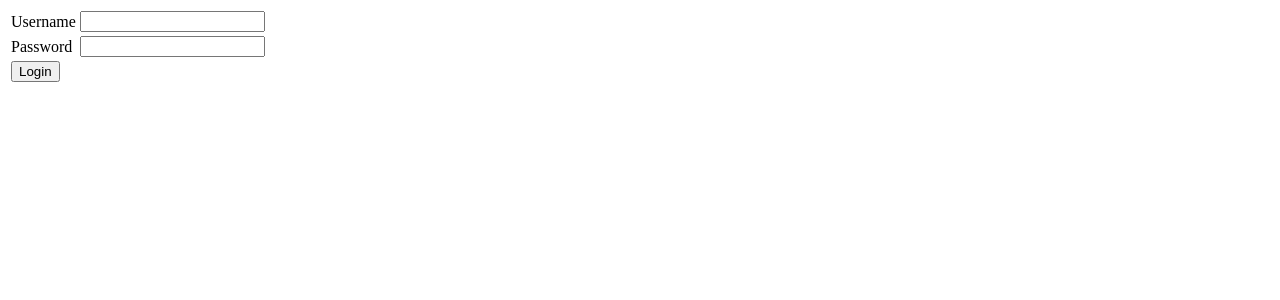
Repository: LingWenXing/java-fundamentals
Page: BankApplicationSystem/src/main/webapp/loginPage.html
An editor plug-in stored every save of this project. The page is shown before and after the next save, followed by the edit.
The browser window is 1280 px wide. The pictures show the whole page.

Above is the page before, as saved 2022-04-15 06:53:44.

### BankApplicationSystem/src/main/webapp/loginPage.html
<!DOCTYPE html>
<html>
<head>
<meta charset="ISO-8859-1">
<title>WHYK Bank | Singapore</title>
</head>
<body>
	<form action="/BankApplicationSystem/Login">
		<table>
			<tr>
				<td>Username</td>
				<td><input type="text" name="username" required></td>
			</tr>
			<tr>
				<td>Password</td>
				<td><input type="password" name="password" maxlength='6' required></td>
			</tr>
			<tr>
				<td><input type="submit" value="Login"></td>
			</tr>
		</table>
	</form>
</body>
</html>

After the next save:
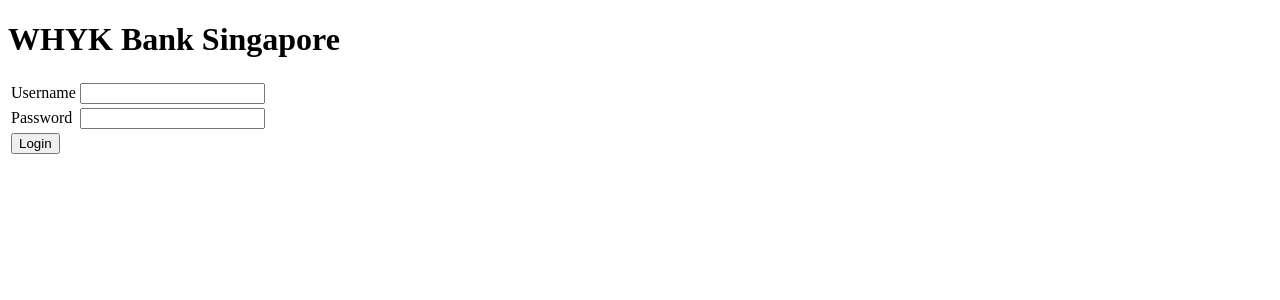
Saved 71 s later.
--- a/BankApplicationSystem/src/main/webapp/loginPage.html
+++ b/BankApplicationSystem/src/main/webapp/loginPage.html
@@ -5,6 +5,13 @@
 <title>WHYK Bank | Singapore</title>
 </head>
 <body>
+	<header>
+		<div>
+			<div>
+				<h1>WHYK Bank Singapore</h1>
+			</div>
+		</div>
+	</header>
 	<form action="/BankApplicationSystem/Login">
 		<table>
 			<tr>
